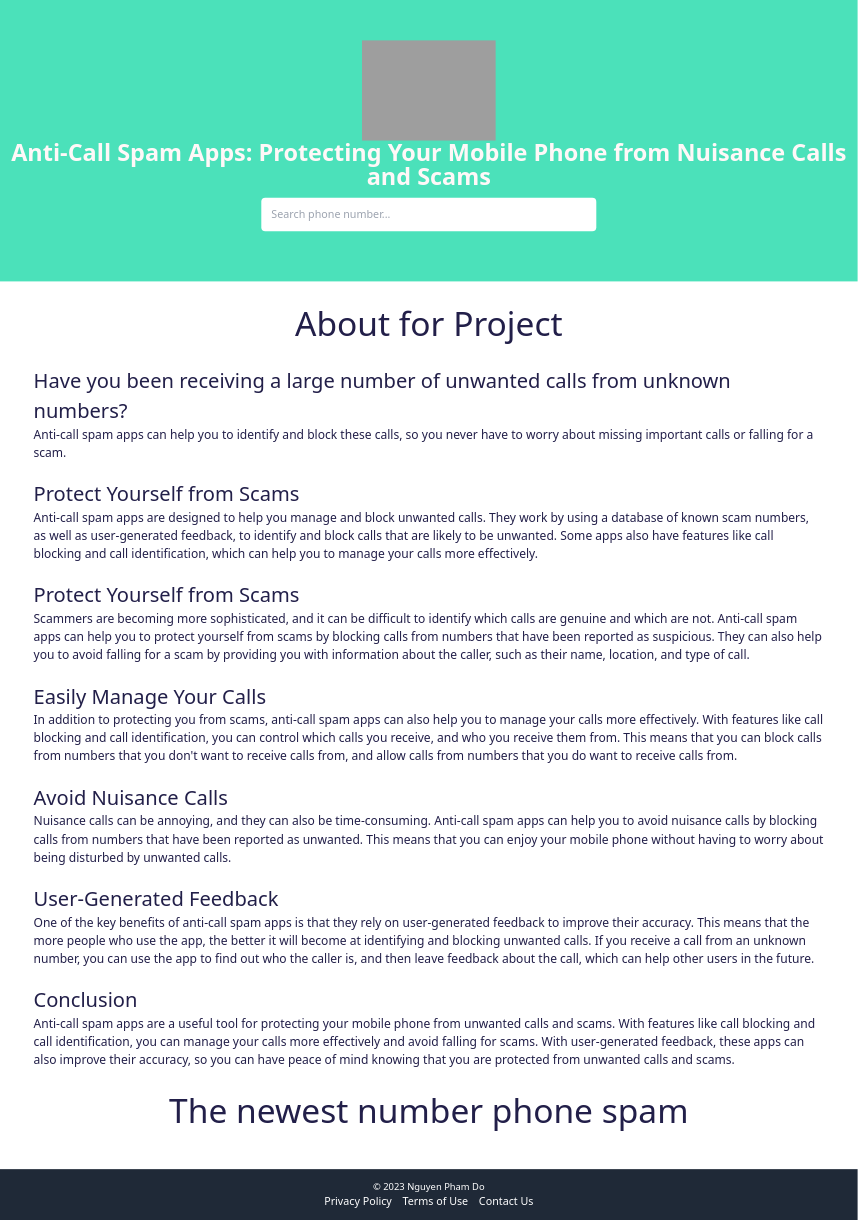
Repository: NPham1402/Web-user-callSpamBlocker
Page: /
The author's editor kept a copy of each file at every save. The page is drawn from the files as they stood at one save, then again after a run of saves.
The browser window is 1280 px wide. The pictures show the whole page, at 67% of full size.
Pictures or frames that could not be fetched are drawn as grey boxes. The page's requests for data from a server got no answer. The project was rebuilt for these pictures with package versions that can differ from the ones it lists, and the page was loaded fresh each time. The framework's server and built-in components were replaced by stand-ins that run in the browser. No one was signed in, and anything a server would have sent is missing. Also part of the build but not shown: next.config.js, styles/Home.module.css.

Above is the page before, as saved 2023-02-09 15:41:52.

After the next 2 saves:
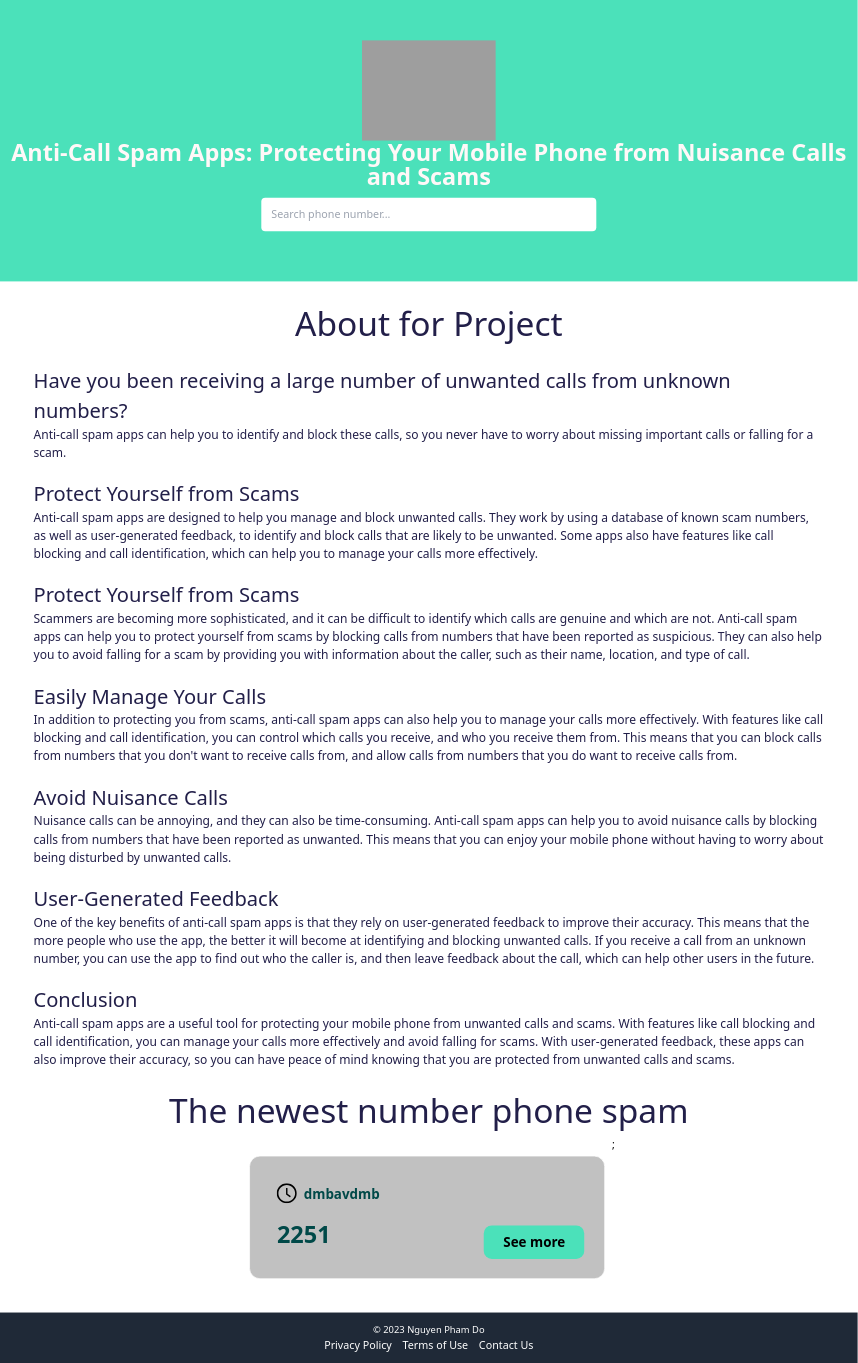
The 2 saves are shown as one change because 1 did not build or start.
The last was saved 49 s later.
--- a/pages/index.js
+++ b/pages/index.js
@@ -133,10 +133,7 @@
             The newest number phone spam
           </p>
           <div className="flex flex-row flex-wrap justify-center">
-            {loading === false &&
-              data.map((value) => {
-                <NumberPhone time={value.zone} />;
-              })}
+            <NumberPhone />;{loading === false && data.map((value) => {})}
           </div>
         </div>
       </main>

After the 2 saves that followed:
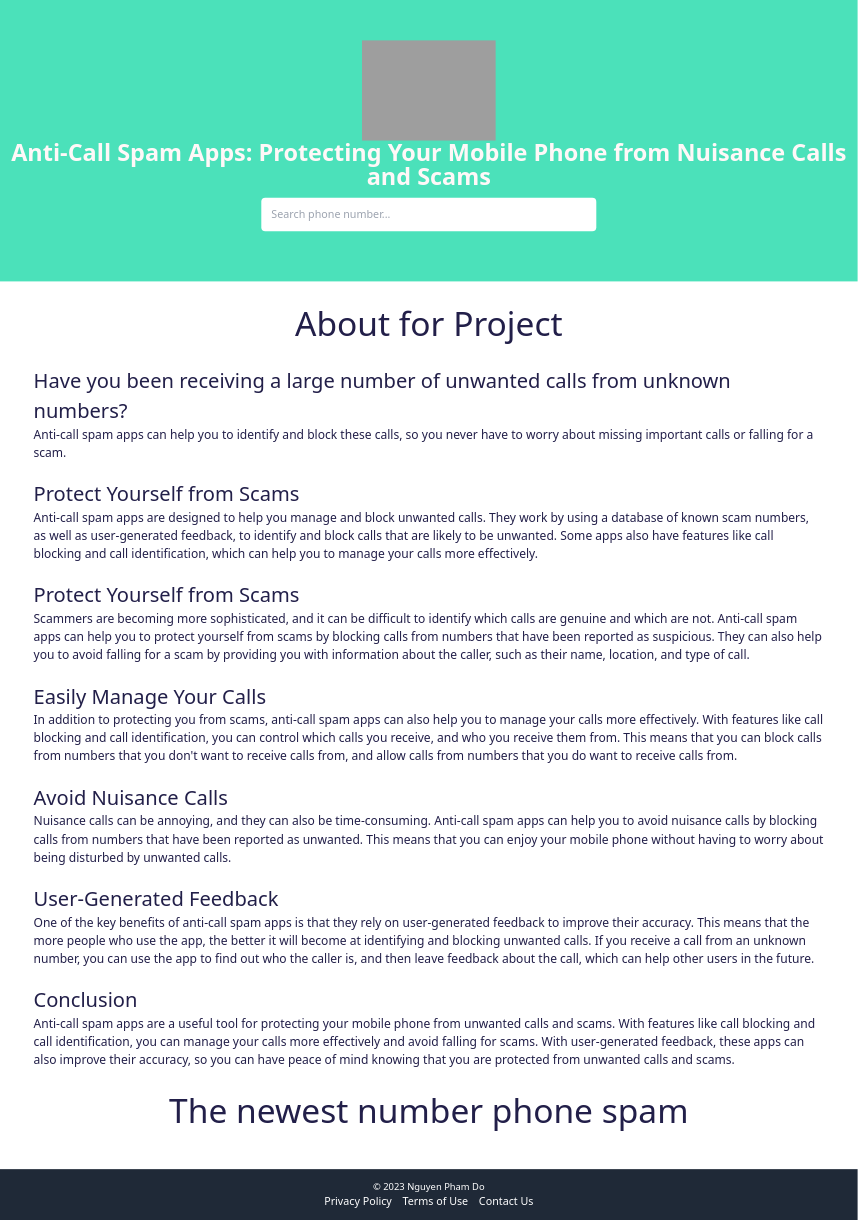
The 2 saves are shown as one change because 1 did not build or start.
The last was saved 36 s later.
--- a/pages/index.js
+++ b/pages/index.js
@@ -133,7 +133,11 @@
             The newest number phone spam
           </p>
           <div className="flex flex-row flex-wrap justify-center">
-            <NumberPhone />;{loading === false && data.map((value) => {})}
+            {loading === false &&
+              data.map((value) => {
+                console.log(value);
+                <NumberPhone time={value.zone} />;
+              })}
           </div>
         </div>
       </main>
